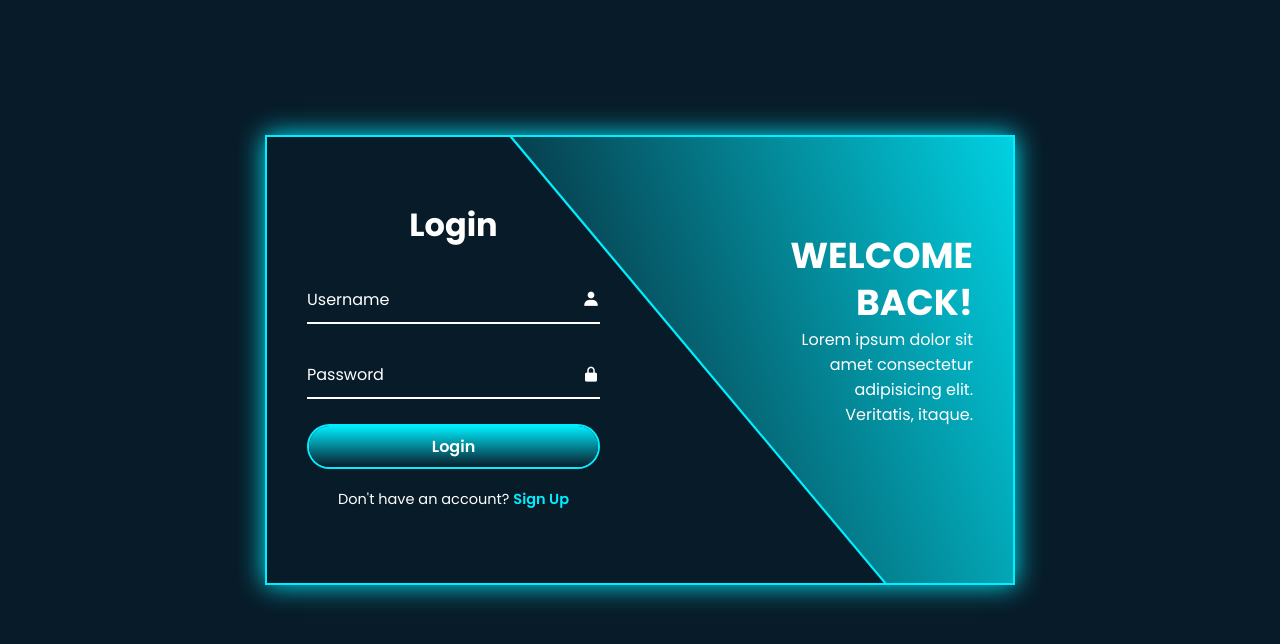
Repository: swastikjhacoder/Login-Registration-HTML
Page: index.html
These files come from the project's save history. The page is drawn as it stood at one moment and after the next save; the edit follows.
The browser window is 1280 px wide. The pictures show the whole page.

Above is the page before, as saved 2023-09-18 15:48:47.
Not found: js/toastify.js

### index.html
<!DOCTYPE html>
<html lang="en">
  <head>
    <meta charset="UTF-8" />
    <meta http-equiv="X-UA-Compatible" content="IE=edge" />
    <meta name="viewport" content="width=device-width, initial-scale=1.0" />
    <title>Login</title>
    <link rel="shortcut icon" href="./images/favicon.png" />
    <link rel="stylesheet" href="style.css" />
    <link href='https://unpkg.com/boxicons@2.1.4/css/boxicons.min.css' rel='stylesheet'>
    <script src="./js/toastify.js"></script>
  </head>
  <body>
    <div class="wrapper">
        <span class="bg-animate"></span>
        <div class="form-box login">
            <h2>Login</h2>
            <form action="#">
                <div class="input-box">
                    <input type="text" required/>
                    <label>Username</label>
                    <i class='bx bxs-user'></i>
                </div>
                <div class="input-box">
                    <input type="password" required/>
                    <label>Password</label>
                    <i class='bx bxs-lock-alt' ></i>
                </div>
                <button type="submit" class="btn">Login</button>
                <div class="logreg-link">
                    <p>Don't have an account? <a href="#" class="register-link">Sign Up</a></p>
                </div>
            </form>
        </div>
        <div class="info-text login">
            <h2>Welcome Back!</h2>
            <p>Lorem ipsum dolor sit amet consectetur adipisicing elit. Veritatis, itaque.</p>
        </div>
    </div>

  </body>
</html>

### style.css
@import url('https://fonts.googleapis.com/css2?family=Poppins:ital,wght@0,100;0,200;0,300;0,400;0,500;0,600;0,700;0,800;0,900;1,400&display=swap');

* {
    margin: 0;
    padding: 0;
    box-sizing: border-box;
    font-family: 'Poppins', sans-serif;
}

body {
    display: flex;
    justify-content: center;
    align-items: center;
    min-height: 100vh;
    background: #081b29;
}

.wrapper {
    position: relative;
    width: 750px;
    height: 450px;
    background: transparent;
    border: 2px solid #0ef;
    box-shadow: 0 0 25px #0ef;
    overflow: hidden;
}

.wrapper .form-box {
    position: absolute;
    top: 0;
    width: 50%;
    height: 100%;
    display: flex;
    flex-direction: column;
    justify-content: center;
}

.wrapper .form-box.login {
    left: 0;
    padding: 0  40px;
}

.form-box h2 {
    font-size: 32px;
    color: #fff;
    text-align: center;
}

.form-box .input-box {
    position: relative;
    width: 100%;
    height: 50px;
    margin: 25px 0;
}

.input-box input {
    width: 100%;
    height: 100%;
    background: transparent;
    border: none;
    outline: none;
    border-bottom: 2px solid #fff;
    padding-right: 23px;
    font-size: 16px;
    color: #fff;
    font-weight: 500;
    transition: .5s;
}

.input-box input:focus,
.input-box input:valid {
    border-bottom-color: #0ef;
}

.input-box label {
    position: absolute;
    top: 50%;
    left: 0;
    transform: translateY(-50%);
    font-size: 16px;
    color: #fff;
    pointer-events: none;
    transition: .5s;
}

.input-box input:focus~label,
.input-box input:valid~label {
    top: -5px;
    color: #0ef
}

.input-box i {
    position: absolute;
    top: 50%;
    right: 0;
    transform: translateY(-50%);
    font-size: 18px;
    color: #fff;
    transition: .5s;
}

.input-box input:focus~i,
.input-box input:valid~i {
    color: #0ef
}

.btn {
    position: relative;
    width: 100%;
    height: 45px;
    background: transparent;
    border: 2px solid #0ef;
    outline: none;
    border-radius: 40px;
    cursor: pointer;
    font-size: 16px;
    color: #fff;
    font-weight: 600;
    z-index: 1;
    overflow: hidden;
}

.btn::before {
    content: '';
    position: absolute;
    top: -100%;
    left: 0;
    width: 100%;
    height: 300%;
    background: linear-gradient(#081b29, #0ef, #081b29, #0ef);
    z-index: -1;
    transition: .5s;
}

.btn:hover::before {
    top: 0;
}

.form-box .logreg-link {
    font-size: 14.5px;
    color: #fff;
    text-align: center;
    margin: 20px 0 10px;
}

.logreg-link p a {
    color: #0ef;
    text-decoration: none;
    font-weight: 600;
}

.logreg-link p a:hover {
    text-decoration: underline;
}

.wrapper .info-text {
    position: absolute;
    top: 0;
    width: 50%;
    height: 100%;
    display: flex;
    flex-direction: column;
    justify-content: center;
}

.wrapper .info-text.login {
    right: 0;
    text-align: right;
    padding: 0 40px 60px 150px;
}

.info-text h2 {
    font-size: 36px;
    color: #fff;
    line-height: 1.3;
    text-transform: uppercase;
}

.info-text p {
    font-size: 16px;
    color: #fff;
}

.wrapper .bg-animate {
    position: absolute;
    top: 0;
    right: 0;
    width: 850px;
    height: 600px;
    background: linear-gradient(45deg, #081b29, #0ef);
    border-bottom: 3px solid #0ef;
    transform: rotate(10deg) skewY(40deg);
    transform-origin: bottom right;
}

After the next save:
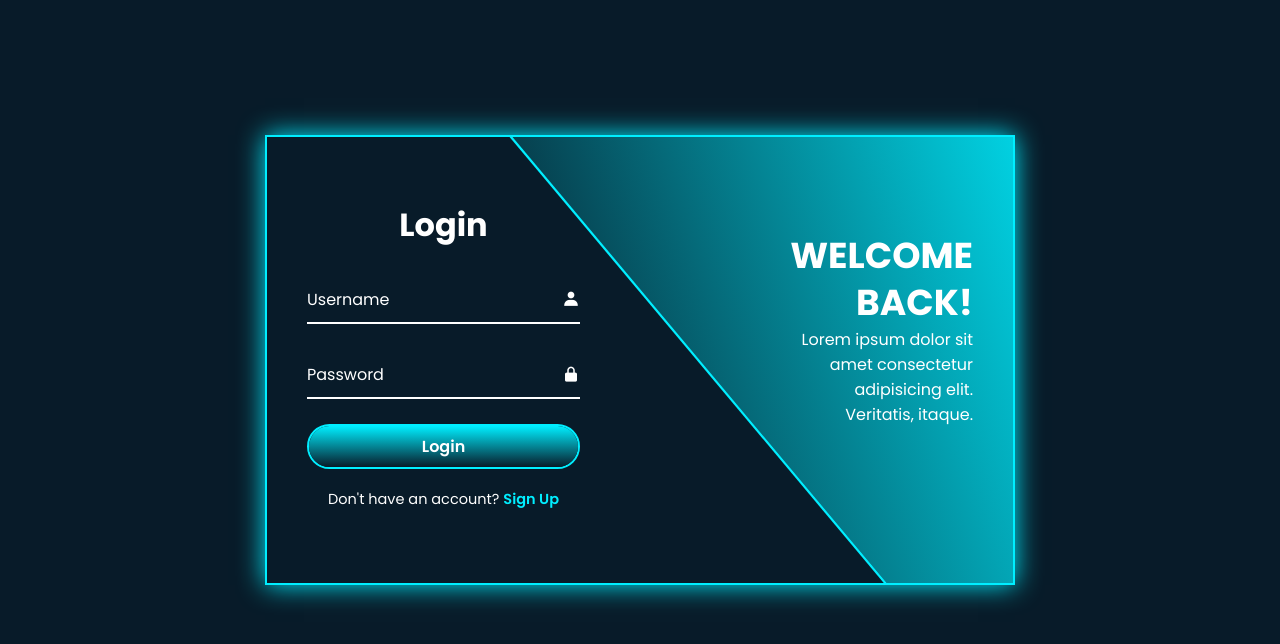
Saved 4 s later.
--- a/style.css
+++ b/style.css
@@ -37,7 +37,7 @@ body {
 
 .wrapper .form-box.login {
     left: 0;
-    padding: 0  40px;
+    padding: 0 60px 0 40px;
 }
 
 .form-box h2 {
